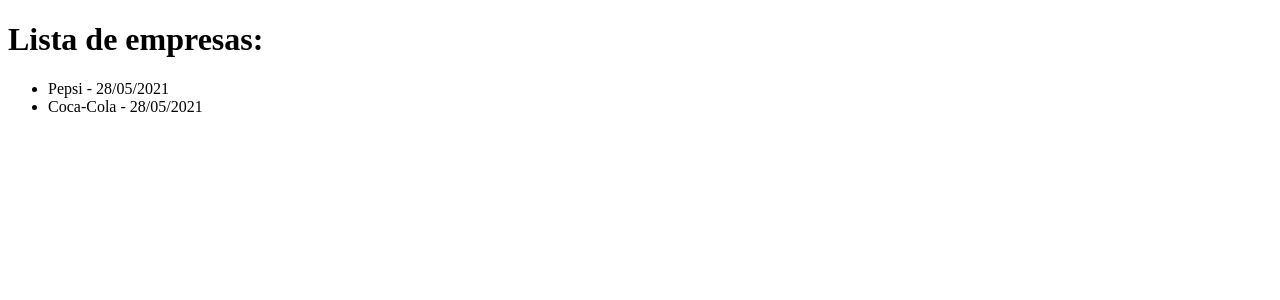
Repository: scaziti/java-spring
Page: http://localhost/gerenciador/listaEmpresas
An editor plug-in stored every save of this project. The page is shown before and after the next save, followed by the edit.
The browser window is 1280 px wide. The pictures show the whole page.
The page is served by Tomcat 9.

Above is the page before, as saved 2021-06-02 14:21:07.

After the next save:
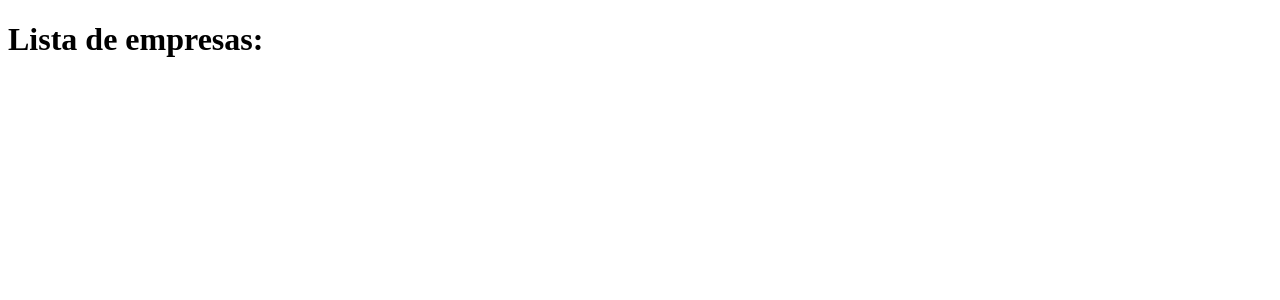
Saved 60 s later.
--- a/gerenciador/WebContent/listaEmpresas.jsp
+++ b/gerenciador/WebContent/listaEmpresas.jsp
@@ -18,7 +18,7 @@
 	<h1>Lista de empresas:</h1>
 
 	<ul>
-		<c:forEach items="${empresas}" var="empresa">
+		<c:forEach items="${empresa}" var="empresa">
 
 			<li>${empresa.nome} - <fmt:formatDate
 					value="${empresa.dataAbertura}" pattern="dd/MM/yyyy" /></li>
